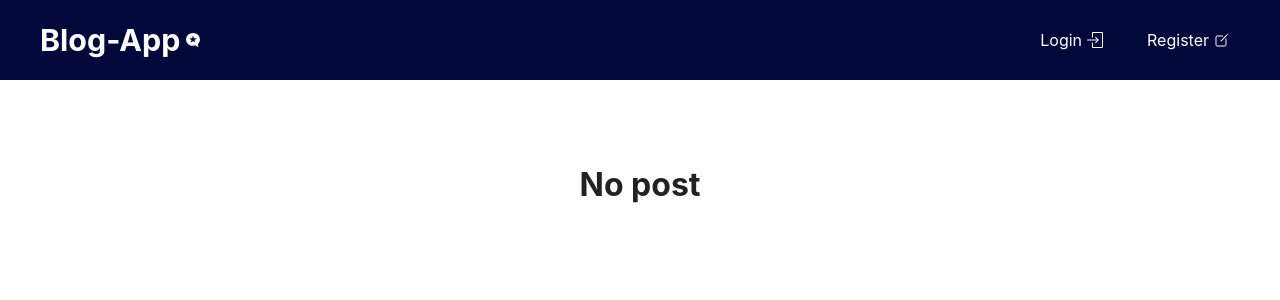
Repository: ateeque-219/BlogApp
Page: / (app in blogapp/)
These files come from the project's save history. The page is drawn as it stood at one moment and after a run of saves; the edit follows.
The browser window is 1280 px wide. The pictures show the whole page.
The page's requests for data from a server got no answer. The project was rebuilt for these pictures with package versions that can differ from the ones it lists, and the page was loaded fresh each time. No one was signed in, and anything a server would have sent is missing. Also part of the build but not shown: blogapp/src/Post.js, blogapp/src/pages/LoginPage.js, blogapp/src/pages/RegisterPage.js, blogapp/src/pages/CreatePost.js, blogapp/src/pages/PostPage.js, blogapp/src/pages/EditPost.js. Imported but missing from the stored project, and not drawn on this page: blogapp/src/Editor.

Above is the page before, as saved 2024-01-23 20:29:19.

After the next 2 saves:
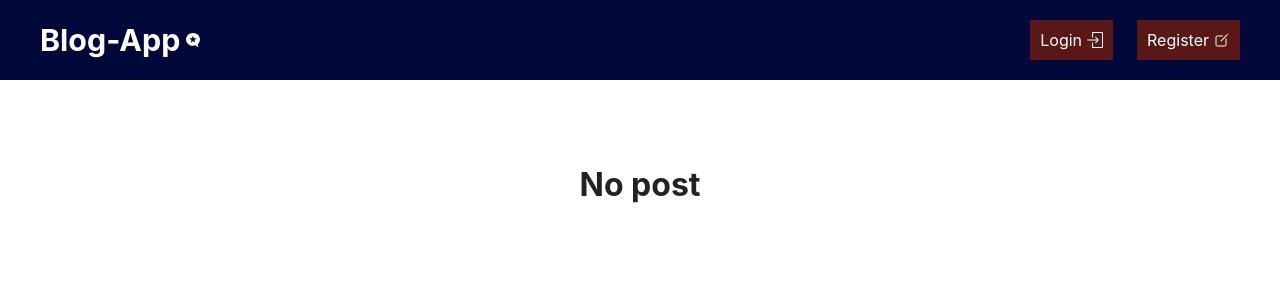
The 2 saves are shown as one change because they came seconds apart.
The last was saved 15 s later.
--- a/blogapp/src/App.css
+++ b/blogapp/src/App.css
@@ -333,5 +333,5 @@ a svg{
   align-items: center;
   padding: 10px;
   gap: 5px;
-
-}
+  background-color: #5a1717;
+}
